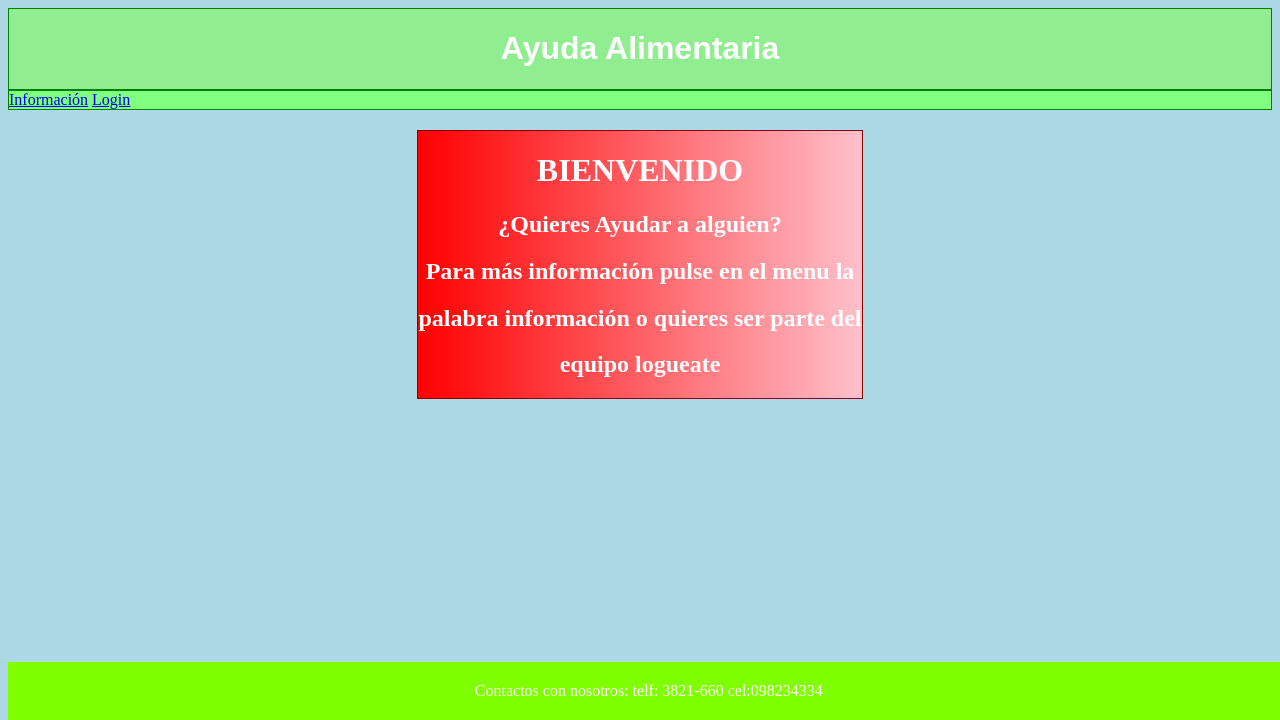
Repository: sonicspeed1/examen1_codigo_bryansantillan
Page: http://localhost/examen_1_bryan_santillan/home.jsp
These files come from the project's save history. The page is drawn as it stood at one moment and after the next save; the edit follows.
The browser window is 1280 px wide. The pictures show the whole page.
The page is served by Tomcat 9. Other server files are loaded and not shown.

Above is the page before, as saved 2024-05-29 04:50:02.

### examen_1_bryan_santillan/src/main/webapp/home.jsp
<%@ page language="java" contentType="text/html; charset=UTF-8"
    pageEncoding="UTF-8"%>
<!DOCTYPE html>
<html>
<head>
<meta charset="UTF-8">
<link href="estilo.css" rel="stylesheet"/>
<title>Ayuda Alimentaria</title>
</head>
<body class="cuerpo">
<div class="cuadro">
<h1 class="titulo">Ayuda Alimentaria</h1>
</div>
<nav>
<ul class="menu">
<li class="item"><a href="informacion.jsp">Información</a></li>
<li class="item"><a href="Login.jsp">Login</a></li>
</ul>
</nav>
<div class="container">
<div class="cuadro3">
<h1>BIENVENIDO</h1>
 <h2>
 ¿Quieres Ayudar a alguien?
 </h2>
<h2> Para más información pulse en el menu la</h2>
 <h2> palabra información o quieres ser parte del</h2>
<h2>  equipo logueate</h2>
</div>

</div>
<footer class="footer"> Contactos con nosotros: telf: 3821-660 cel:098234334</footer>
</body>
</html>

### examen_1_bryan_santillan/src/main/webapp/estilo.css
@charset "UTF-8";
.cuerpo{
	background-color: lightblue;
}
.cuadro{
	background-color:lightgreen;
	border: 1px solid green;
	display: block;

}
.cuadro2 {
    background-color: #b4aed0;
    border-radius: 5px;
    border: 1px solid purple;
    height: 400px;
    width: 400px;
}
.cuadro3{
	    background: linear-gradient(to right,red,pink);
	    text-align:center;
	    color: white;
	     border: 1px solid darkred;
}
.titulo{
	color: white;
	transition: color 0.3s, text-shadow 0.3s;
	font-family: 'Comic Sans MS', cursive, sans-serif;
	 text-align: center;
}

.titulo:hover {
    color: blue;
    text-shadow: 2px 2px 5px rgba(0, 0, 0, 0.5);
}
.menu{
	list-style-type: none;
    padding: 0;
    background-color: #80ff80;
    border: 1px solid green;
    margin: 0 auto;
    }
.item {
    display: inline-block;
    position: relative;
}
.container {
    display: flex;
    justify-content: center;
    align-items: center;
    margin-top: 20px;
}
.titulo2{
	color: white;
	transition: color 0.3s, text-shadow 0.3s;
	font-family: 'Comic Sans MS', cursive, sans-serif;
	 text-align: center;
}

.titulo2:hover {
    color: red;
    text-shadow: 2px 2px 5px rgba(0, 0, 0, 0.5);
}
.item_login{
	   display: flex;
    justify-content: center;
    align-items: center;
    margin-bottom: 20px;
}
.button{
	background-color: purple;
	border-radius: 5px;
	color: white;
	padding: 10px 20px;
	margin: 15px;
	font-family: 'Comic Sans MS', cursive, sans-serif;
}
.hiper{
	margin-right: 25px;
}

.item_reg{
	   display: flex;
	   margin-bottom:20px;
}

.footer {
    background-color: rgb(128, 255, 0);
    color: #fff;
    padding: 20px;
    text-align: center;
    width: 97%;
    max-width: 1980px;
    position: fixed;
    bottom: 0;
}

.container2 {
    display: block;
    margin: 0 auto;

}

After the next save:
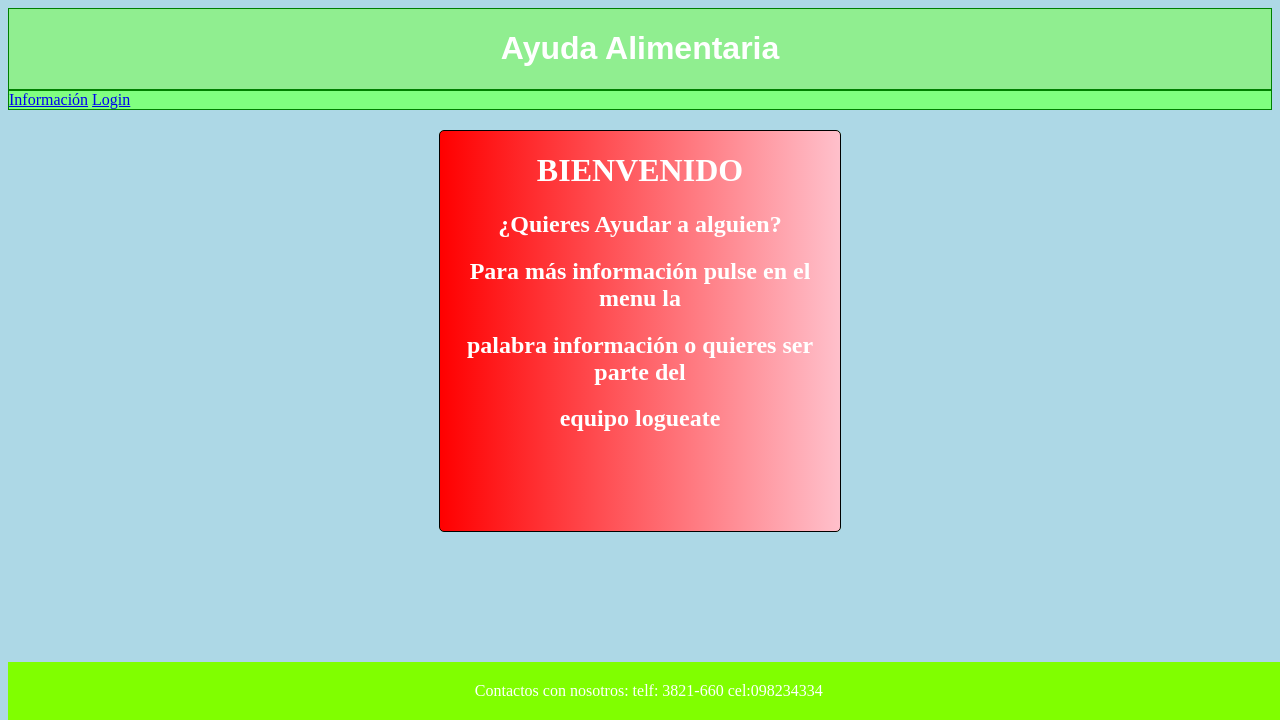
Saved 1 s later.
--- a/examen_1_bryan_santillan/src/main/webapp/estilo.css
+++ b/examen_1_bryan_santillan/src/main/webapp/estilo.css
@@ -94,8 +94,10 @@
     bottom: 0;
 }
 
-.container2 {
-    display: block;
-    margin: 0 auto;
-
+.cuadro3 {
+    background-color: yellow;
+    border-radius: 5px;
+    border: 1px solid black;
+    height: 400px;
+    width: 400px;
 }

After the 2 saves that followed:
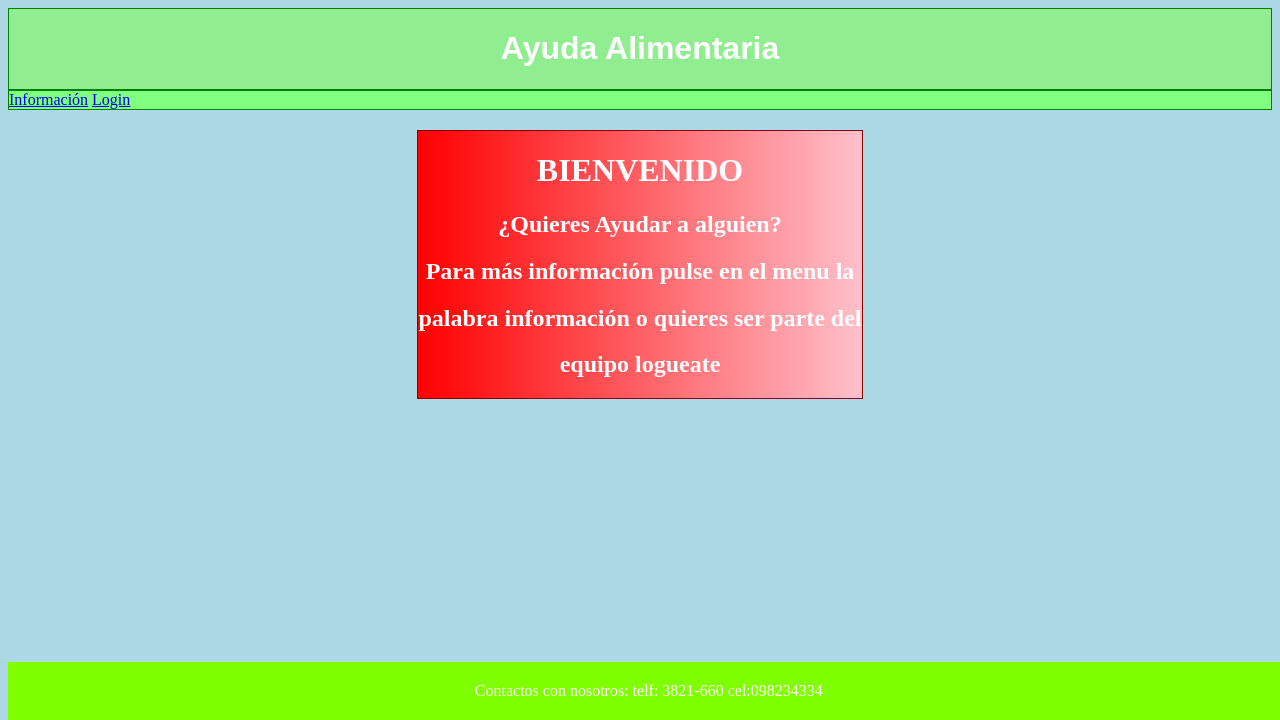
The 2 saves are shown as one change because 1 left the picture as it was.
The last was saved 101 s later.
--- a/examen_1_bryan_santillan/src/main/webapp/home.jsp
+++ b/examen_1_bryan_santillan/src/main/webapp/home.jsp
@@ -27,7 +27,6 @@
  <h2> palabra información o quieres ser parte del</h2>
 <h2>  equipo logueate</h2>
 </div>
-
 </div>
 <footer class="footer"> Contactos con nosotros: telf: 3821-660 cel:098234334</footer>
 </body>
--- a/examen_1_bryan_santillan/src/main/webapp/estilo.css
+++ b/examen_1_bryan_santillan/src/main/webapp/estilo.css
@@ -94,7 +94,7 @@
     bottom: 0;
 }
 
-.cuadro3 {
+.cuadro4 {
     background-color: yellow;
     border-radius: 5px;
     border: 1px solid black;
